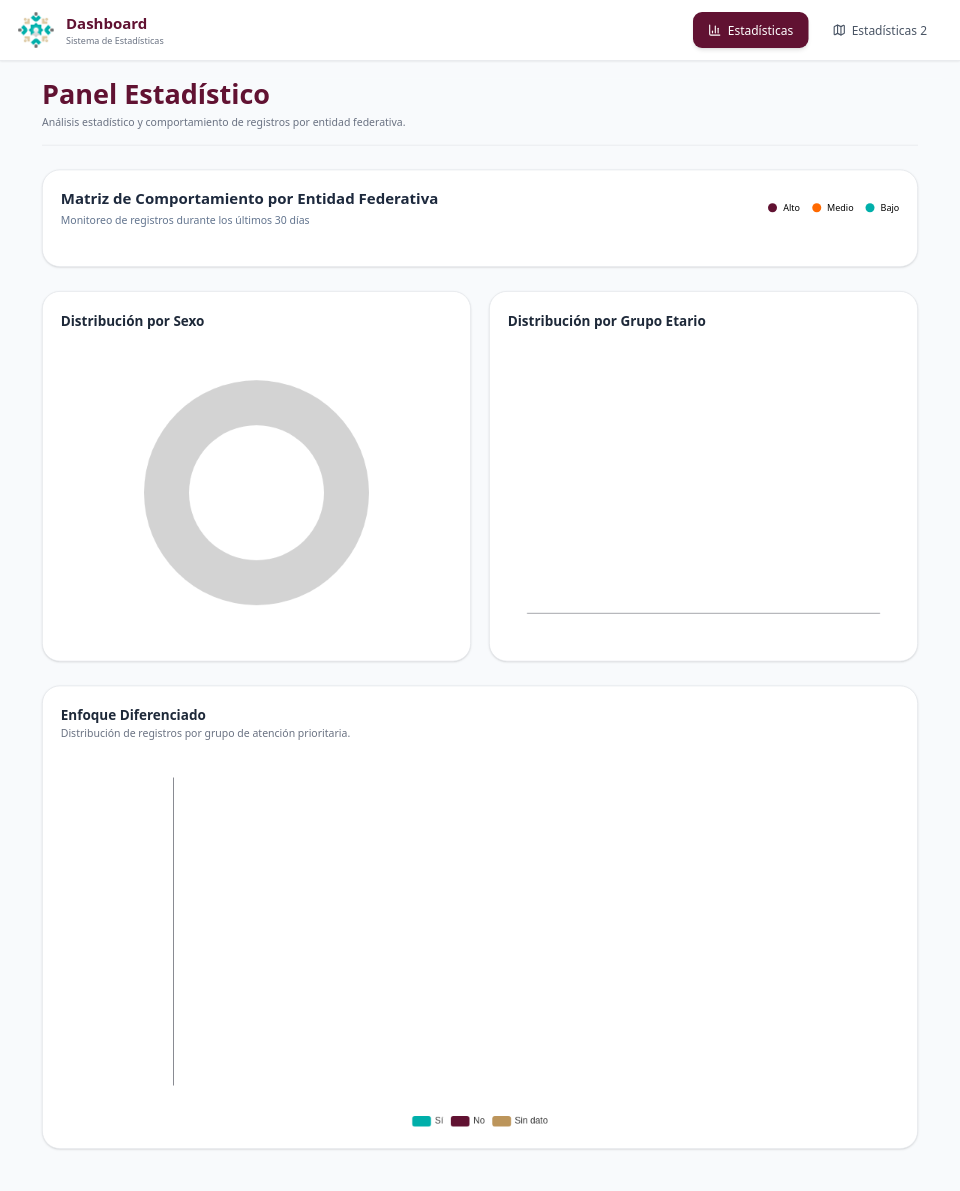
Repository: jesus890/semaforo-cinepolis
Page: /estadisticas
An editor plug-in stored every save of this project. The page is shown before and after the next save, followed by the edit.
The browser window is 1280 px wide. The pictures show the whole page, at 75% of full size.
The page's requests for data from a server got no answer. The project was rebuilt for these pictures with package versions that can differ from the ones it lists, and the page was loaded fresh each time. No one was signed in, and anything a server would have sent is missing. Also part of the build but not shown: vite.config.ts, src/pages/EstadisticasDosPage.tsx.

Above is the page before, as saved 2026-06-04 13:01:17.

### index.html
<!doctype html>
<html lang="en">
  <head>
    <meta charset="UTF-8" />
    <link rel="icon" type="image/svg+xml" href="/favicon.svg" />
    <meta name="viewport" content="width=device-width, initial-scale=1.0" />
    <title>Estadistica Alertamiento | RNPNDO</title>
  </head>
  <body>
    <div id="root"></div>
    <script type="module" src="/src/main.tsx"></script>
  </body>
</html>

### src/App.tsx
import AppRouter from "./router/AppRouter";

function App() {
    return <AppRouter />;
}

export default App;

### src/router/AppRouter.tsx
import {BrowserRouter,Routes,Route,Navigate,} from "react-router-dom";

import DashboardLayout from "../layouts/DashboardLayout";
import EstadisticasPage from "../pages/EstadisticaPage";
import EstadisticasDosPage from "../pages/EstadisticasDosPage";



export default function AppRouter() {

    return (
        <BrowserRouter>
            <Routes>
                <Route path="/" element={<DashboardLayout/>}>
                    <Route index element={<Navigate to="/estadisticas"/>}/>
                    <Route path="estadisticas" element={<EstadisticasPage />}/>
                    <Route path="estadisticas-2" element={<EstadisticasDosPage />}/>
                </Route>
            </Routes>
        </BrowserRouter>
    );
}

### src/layouts/DashboardLayout.tsx
import { Outlet } from "react-router-dom";

import Header from "../components/Dashboard/navigation/Header";

export default function DashboardLayout() {

    return (
        <div className="min-h-screen bg-slate-50">
            <Header />
            <main className="p-6">
                <Outlet />
            </main>
        </div>

    );
}

### src/components/Dashboard/navigation/Header.tsx
import { NavLink } from "react-router-dom";

import { BarChart3, Map, } from "lucide-react";
import logoSystem from "../../../assets/CNB.png";

export default function Header() {

    const menu = [
        {
            label: "Estadísticas",
            icon: BarChart3,
            path: "/estadisticas",
        },
        {
            label: "Estadísticas 2",
            icon: Map,
            path: "/estadisticas-2",
        },
    ];

    return (

        <header className="sticky top-0 z-50 bg-white border-b border-gray-200 shadow-sm">

            <div className="h-20 px-6 flex items-center justify-between max-w-[1800px] mx-auto">

                {/* Logo */}
                <div className="flex items-center gap-4">

                    <img src={logoSystem} alt="Logo" className="h-12 w-auto object-contain" />

                    <div>

                        <h1 className="text-xl font-bold text-[#611232]">
                            Dashboard
                        </h1>

                        <p className="text-xs text-gray-500">
                            Sistema de Estadísticas
                        </p>

                    </div>

                </div>

                {/* Menú */}
                <nav className="flex items-center gap-3">

                    {menu.map((item) => {

                        const Icon = item.icon;

                        return (

                            <NavLink
                                key={item.path}
                                to={item.path}
                                className={({
                                    isActive,
                                }) =>
                                    `
                                    flex
                                    items-center
                                    gap-2
                                    px-5
                                    py-3
                                    rounded-xl
                                    font-medium
                                    transition-all

                                    ${isActive
                                        ? "bg-[#611232] text-white shadow-md"
                                        : "text-gray-600 hover:bg-gray-100"
                                    }
                                `
                                }
                            >

                                <Icon
                                    size={18}
                                />

                                {item.label}

                            </NavLink>
                        );
                    })}

                </nav>

            </div>

        </header>
    );
}

### src/components/Dashboard/heatmap/HeatmapTable.tsx
import { useMemo } from "react";

import type { HeatmapRow } from "../../../types/dashboard.types";

interface Props {
    rows: HeatmapRow[];
    level: "estado" | "municipio";
    onRowClick?: (estadoId: number) => void;
    onCellClick?: (
        data: {
            estadoId: number;
            municipioId: number;
            fecha: string;
        }
    ) => void;
}

export default function HeatmapTable({ rows, onRowClick, onCellClick, }: Props) {

    const dates = useMemo(() => {
        if (!rows.length) return [];

        return rows[0].values.map(
            value => value.day
        );
    }, [rows]);

    const getColor = (estatus: string) => {
        switch (estatus?.toLowerCase()) {
            case "rojo":
                return "bg-[#611232]";
            case "naranja":
                return "bg-orange-500";
            case "verde":
                return "bg-[#00AFAA]";
            default:
                return "bg-slate-200";
        }
    };

    return (
        <div className="overflow-auto rounded-2xl">

            <table className="border-separate  min-w-max">

                <thead>
                    <tr>
                        <th className="sticky left-0 z-20 bg-white min-w-[240px]"></th>

                        {dates.map(date => (

                            <th
                                key={date}
                                className="
                                    h-28
                                    min-w-[42px]
                                    align-bottom
                                "
                            >

                                <div
                                    className="
                                        -rotate-45
                                        origin-bottom-left
                                        whitespace-nowrap
                                        text-[11px]
                                        font-medium
                                        text-slate-500
                                    "
                                >
                                    {date}
                                </div>

                            </th>

                        ))}

                    </tr>

                </thead>

                <tbody>

                    {rows.map(row => (

                        <tr
                            key={row.id}
                        >

                            <td
                                className="
                                    sticky
                                    left-0
                                    z-10
                                    bg-white
                                    pr-4
                                "
                            >

                                <button
                                    onClick={() =>
                                        onRowClick?.(
                                            row.estadoId
                                        )
                                    }
                                    className="
                                        text-left
                                        font-medium
                                        text-slate-700
                                        hover:text-[#611232]
                                        transition-colors
                                        cursor-pointer
                                    "
                                >
                                    {row.name}
                                </button>

                            </td>

                            {row.values.map(
                                value => (

                                    <td
                                        key={
                                            value.day
                                        }
                                    >

                                        <button
                                            onClick={() =>
                                                onCellClick?.({
                                                    estadoId:
                                                        value.estadoId,

                                                    municipioId:
                                                        value.municipioId,

                                                    fecha:
                                                        value.day,
                                                })
                                            }
                                            title={`${value.total} registros`}
                                            className={`
                                                h-8
                                                w-8
                                                rounded-lg
                                                transition-all
                                                hover:scale-110
                                                hover:shadow-lg
                                                hover:ring-2
                                                hover:ring-[#611232]
                                                cursor-pointer
                                                ${getColor(
                                                value.estatus
                                            )}
                                            `}
                                        />

                                    </td>

                                )
                            )}

                        </tr>

                    ))}

                </tbody>

            </table>

        </div>
    )

}

### src/components/Dashboard/charts/SexoChart.tsx
import ReactECharts from "echarts-for-react";
import { Colors } from "../../../constants/colors";

interface SexoItem {
    categoria: string;
    total: number;
}

interface Props {
    sexo?: SexoItem[];
}

export default function SexoChart({ sexo = [] }: Props) {

    const getColor = (categoria: string) => {

        switch (categoria.toUpperCase()) {

            case "HOMBRE":
                return Colors.rojito;

            case "MUJER":
                return Colors.verdecito;

            default:
                return Colors.oro;
        }
    };

    const data = sexo.map(item => ({
        value: item.total,
        name:
            item.categoria.charAt(0) +
            item.categoria.slice(1).toLowerCase(),

        itemStyle: {
            color: getColor(item.categoria),
        },
    }));

    const option = {
        tooltip: {
            trigger: "item",
        },

        legend: {
            bottom: 0,
        },

        series: [
            {
                type: "pie",
                radius: ["45%", "75%"],

                label: {
                    formatter: "{b}\n{c}",
                },

                data,
            },
        ],
    };

    return (
        <ReactECharts
            option={option}
            style={{
                height: "400px",
            }}
        />
    );
}

### src/services/dashboard.service.ts
import { apiRequest } from "../lib/api";
import { axiosInstance } from "../lib/axios";

export const GetEntidadesByAlertaTable = (estado_id: any, municipio_id: any) =>
    apiRequest<any>(
        axiosInstance.get(`/api/Alertas`)
    );

export const GetTotalesIncremento = (estado_id: any, municipio_id: any) =>
    apiRequest<any>(
        axiosInstance.get(`/api/Alertas/incremento-desaparecidos`)
    );

### src/components/Dashboard/charts/EdadChart.tsx
import ReactECharts from "echarts-for-react";
import { Colors } from "../../../constants/colors";

interface GrupoEtarioItem {
  categoria: string;
  total: number;
}

interface Props {
  grupoEtario?: GrupoEtarioItem[];
}

export default function EdadChart({
  grupoEtario = [],
}: Props) {

  const getColor = (
    categoria: string
  ) => {

    switch (
    categoria.toUpperCase()
    ) {

      case "MENOR DE EDAD":
        return Colors.verdecito;

      case "MAYOR DE EDAD":
        return Colors.rojito;

      case "ADULTO MAYOR":
        return Colors.oro;

      default:
        return "#4F46E5";
    }
  };

  const categories =
    grupoEtario.map(
      item => item.categoria
    );

  const data =
    grupoEtario.map(
      item => ({
        value: item.total,

        itemStyle: {
          color: getColor(
            item.categoria
          ),
        },
      })
    );

  const option = {
    tooltip: {
      trigger: "axis",
    },

    grid: {
      left: "5%",
      right: "5%",
      bottom: "10%",
      containLabel: true,
    },

    xAxis: {
      type: "category",

      data: categories,

      axisLabel: {
        interval: 0,
        rotate: 0,
      },
    },

    yAxis: {
      type: "value",
    },

    series: [
      {
        type: "bar",

        barWidth: 70,

        borderRadius: [
          8,
          8,
          0,
          0,
        ],

        data,
      },
    ],
  };

  return (
    <ReactECharts
      option={option}
      style={{
        height: "400px",
      }}
    />
  );
}

### src/components/Dashboard/charts/EnfoqueChart.tsx
import ReactECharts from "echarts-for-react";
import { Colors } from "../../../constants/colors";

interface EnfoqueDetalle {
  categoria: string;
  total: number;
}

interface EnfoqueItem {
  grupo: string;
  detalle: EnfoqueDetalle[];
}

interface Props {
  enfoqueDiferenciado?: EnfoqueItem[];
}

export default function EnfoqueChart({
  enfoqueDiferenciado = [],
}: Props) {

  const normalize = (
    value: string
  ) => {

    const v =
      value
        ?.trim()
        .toUpperCase();

    if (v === "SI")
      return "SI";

    if (v === "NO")
      return "NO";

    return "SIN DATO";
  };

  const groups =
    enfoqueDiferenciado.map(
      item => {

        switch (
        item.grupo
        ) {

          case "TIENEDISCAPACIDAD":
            return "Discapacidad";

          case "HABLAESPANIOL":
            return "Habla Español";

          case "LENGUA":
            return "Lengua";

          case "ESMIGRANTE":
            return "Migrante";

          default:
            return item.grupo;
        }
      }
    );

  const siData =
    enfoqueDiferenciado.map(
      grupo =>
        grupo.detalle
          .filter(
            x =>
              normalize(
                x.categoria
              ) === "SI"
          )
          .reduce(
            (
              acc,
              item
            ) =>
              acc +
              item.total,
            0
          )
    );

  const noData =
    enfoqueDiferenciado.map(
      grupo =>
        grupo.detalle
          .filter(
            x =>
              normalize(
                x.categoria
              ) === "NO"
          )
          .reduce(
            (
              acc,
              item
            ) =>
              acc +
              item.total,
            0
          )
    );

  const sinDatoData =
    enfoqueDiferenciado.map(
      grupo =>
        grupo.detalle
          .filter(
            x =>
              normalize(
                x.categoria
              ) ===
              "SIN DATO"
          )
          .reduce(
            (
              acc,
              item
            ) =>
              acc +
              item.total,
            0
          )
    );

  const option = {

    tooltip: {
      trigger: "axis",
      axisPointer: {
        type: "shadow",
      },
    },

    legend: {
      bottom: 0,
    },

    grid: {
      left: 150,
      right: 30,
      top: 30,
      bottom: 60,
    },

    xAxis: {
      type: "value",
    },

    yAxis: {
      type: "category",
      data: groups,
    },

    series: [
      {
        name: "Sí",
        type: "bar",
        stack: "total",

        label: {
          show: true,
        },

        itemStyle: {
          color:
            Colors.verdecito,
        },

        data: siData,
      },

      {
        name: "No",
        type: "bar",
        stack: "total",

        label: {
          show: true,
        },

        itemStyle: {
          color:
            Colors.rojito,
        },

        data: noData,
      },

      {
        name: "Sin dato",
        type: "bar",
        stack: "total",

        label: {
          show: true,
        },

        itemStyle: {
          color:
            Colors.oro,
        },

        data: sinDatoData,
      },
    ],
  };

  return (
    <ReactECharts
      option={option}
      style={{
        height: "500px",
      }}
    />
  );
}

### src/constants/colors.ts
export const Colors = {
    rojito: "#611232",
    verdecito: "#00AFAA",
    oro: "#BC955B",
    grisito: "#E8E8E8",
    grisote: "#D2D3D3",
    text: "#5A5A5A",
};

### src/lib/api.ts
import axios from "axios";

export async function apiRequest<T>(
  promise: Promise<{ data: T }>
): Promise<T> {
  try {
    const { data } = await promise;
    return data;
  } catch (error) {
    if (axios.isAxiosError(error)) {
      const response = error.response;

      const message =
        response?.data?.message ||
        response?.data?.error ||
        response?.data?.msg ||
        "Error en la petición";

      throw new Error(message);
    }

    throw new Error("Error inesperado");
  }
}

### src/lib/axios.ts
import axios from "axios";

export const axiosInstance = axios.create({
  baseURL: import.meta.env.VITE_API_URL,
});

Loaded but not shown: src/main.tsx (common file); src/index.css (common file); src/pages/EstadisticaPage.tsx (191 lines, source omitted)

After the next save:
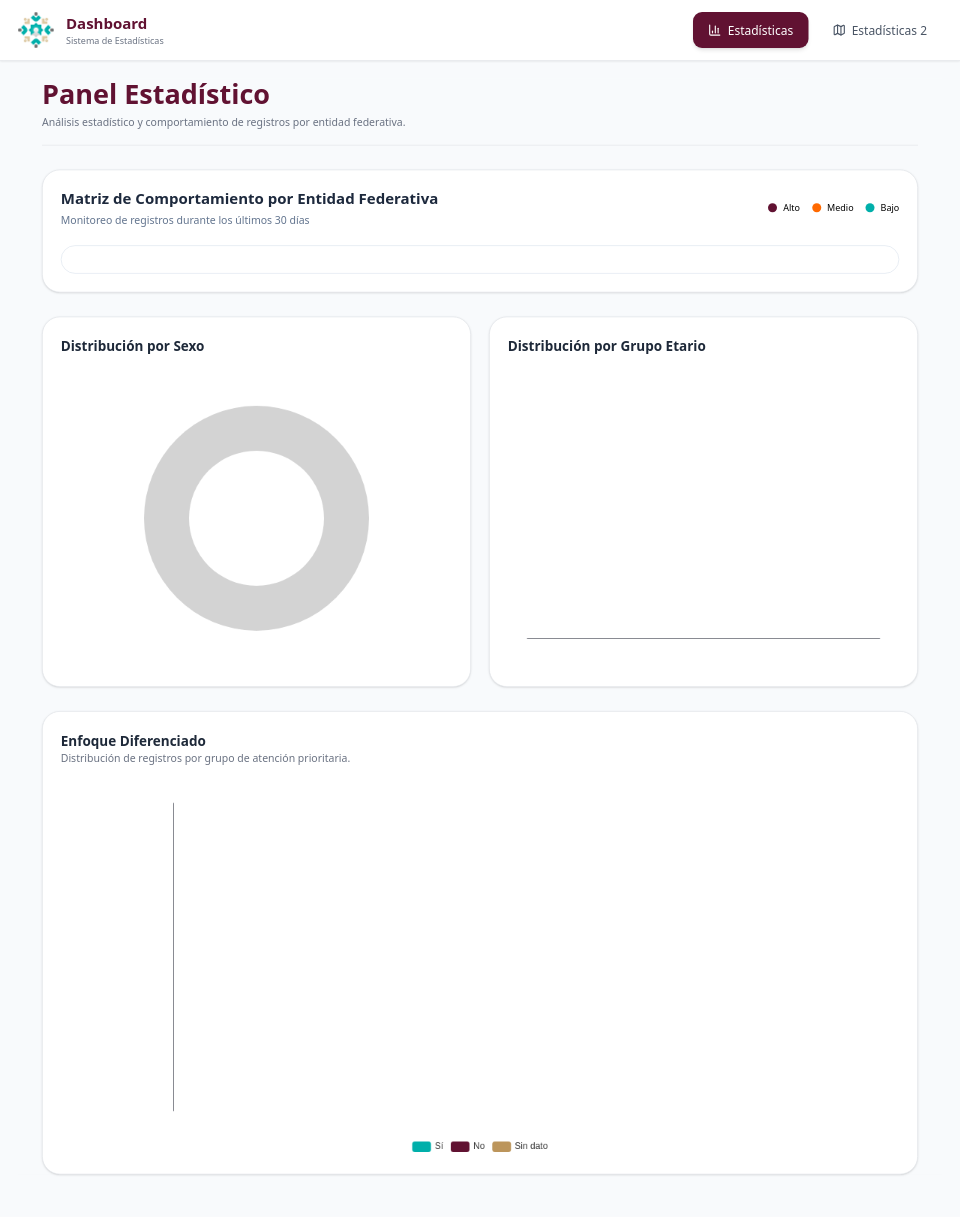
Saved 2 min 18 s later.
--- a/src/components/Dashboard/heatmap/HeatmapTable.tsx
+++ b/src/components/Dashboard/heatmap/HeatmapTable.tsx
@@ -39,7 +39,7 @@ export default function HeatmapTable({ rows, onRowClick, onCellClick, }: Props)
     };
 
     return (
-        <div className="overflow-auto rounded-2xl">
+        <div className="overflow-auto rounded-3xl border border-slate-200 bg-white p-4">
 
             <table className="border-separate  min-w-max">
 
@@ -103,16 +103,35 @@ export default function HeatmapTable({ rows, onRowClick, onCellClick, }: Props)
                                             row.estadoId
                                         )
                                     }
-                                    className="
+                                    className="group flex
+                                        items-center
+                                        gap-3
                                         text-left
-                                        font-medium
-                                        text-slate-700
-                                        hover:text-[#611232]
-                                        transition-colors
+                                        transition-all
                                         cursor-pointer
                                     "
                                 >
-                                    {row.name}
+
+                                    <div
+                                        className="
+                                            h-2.5
+                                            w-2.5
+                                            rounded-full
+                                            bg-[#611232]
+                                        "
+                                    />
+
+                                    <span
+                                        className="
+                                            text-sm
+                                            font-semibold
+                                            text-slate-700
+                                            group-hover:text-[#611232]
+                                        "
+                                    >
+                                        {row.name}
+                                    </span>
+
                                 </button>
 
                             </td>
